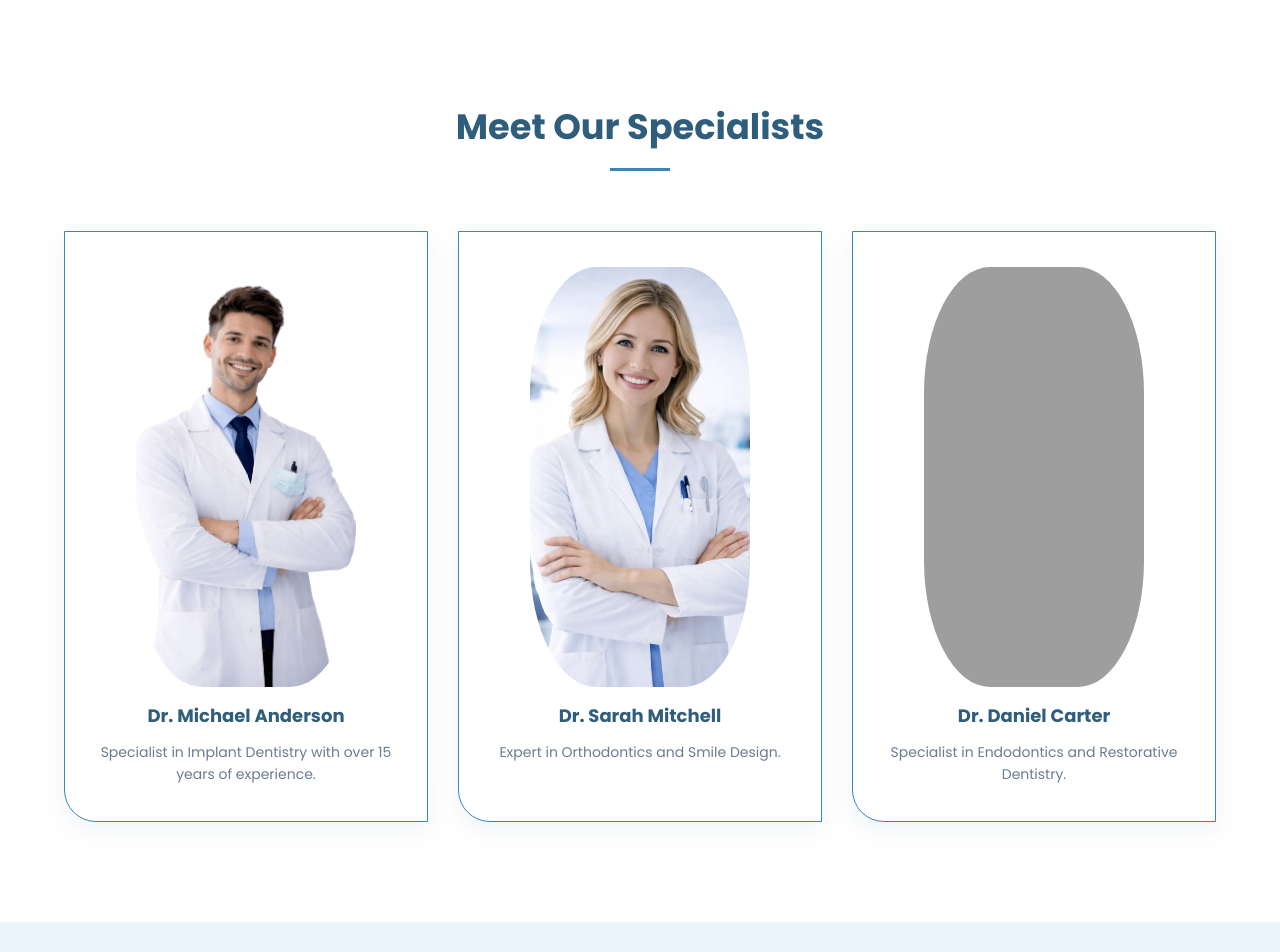
Repository: davidfsillva/OdontoPrime
Page: about.html
The author's editor kept a copy of each file at every save. The page is drawn from the files as they stood at one save, then again after the next save.
The browser window is 1280 px wide. The pictures show the part of the page from y = 1580 to 2532 px (the page is 3673 px tall).
Pictures or frames that could not be fetched are drawn as grey boxes. A picture or video elsewhere on the page could not be fetched, so the positions and the page height are approximate.

Above is the page before, as saved 2026-02-16 22:12:21.

After the next save:
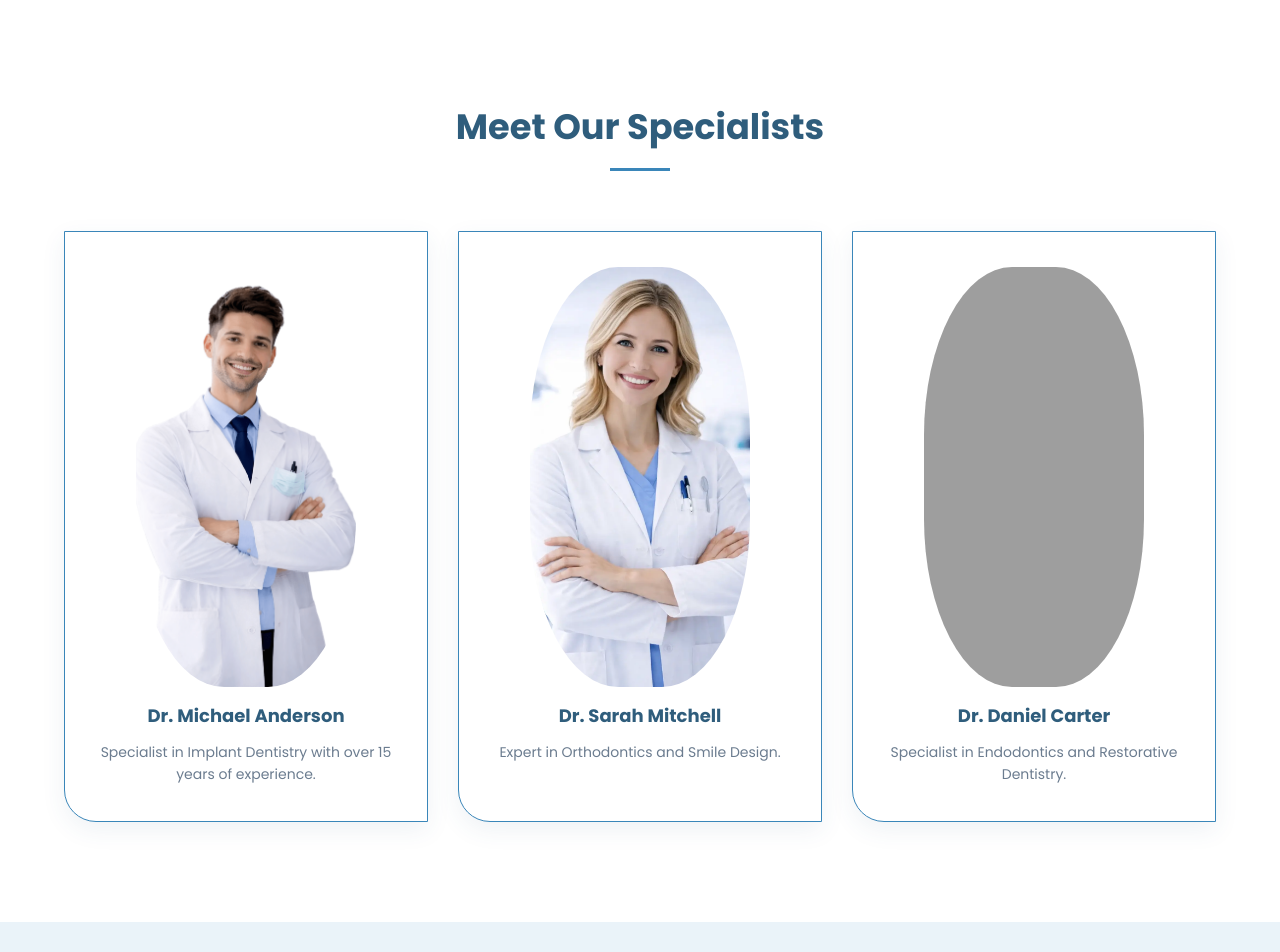
Saved 10 s later.
--- a/style.css
+++ b/style.css
@@ -325,7 +325,7 @@ nav a.active{
     width: 220px;  /* aumenta para 120px de largura */
     height: 420px; /* garante que fique quadrada */
     object-fit: cover; /* mantém proporção e recorta se necessário */
-    border-radius: 30%; /* deixa redonda */
+    border-radius: 40%; /* deixa redonda */
     margin: 0 auto 15px auto; /* centraliza horizontalmente e dá espaçamento abaixo */
     display: block;
 }
